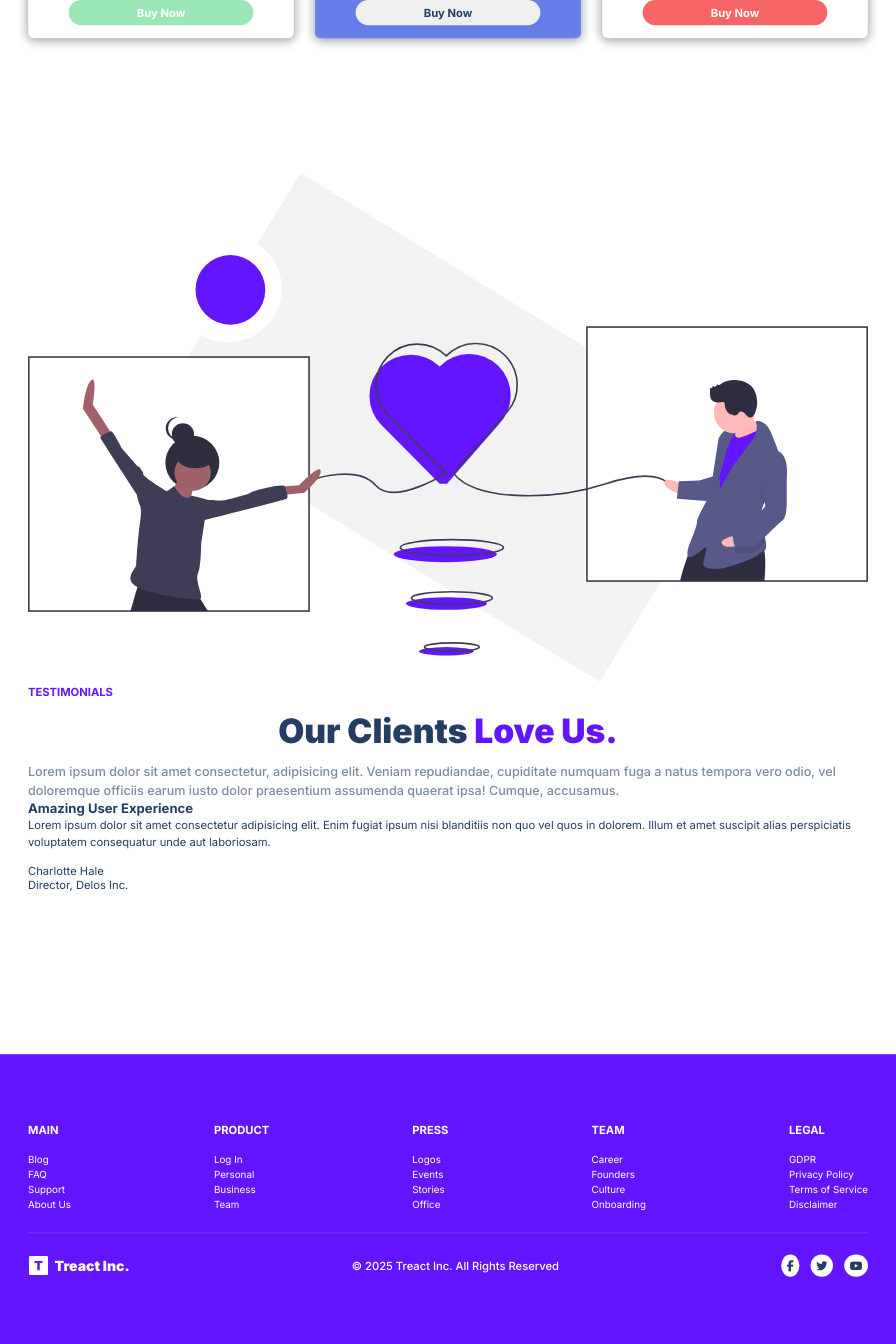
Repository: avivanguyen/m2_fianlProject
Page: index.html
These files come from the project's save history. The page is drawn as it stood at one moment and after the next save; the edit follows.
The browser window is 1280 px wide. The pictures show the part of the page from y = 4430 to 6350 px (the page is 6350 px tall before and 6330 px after), at 70% of full size.
Some web libraries are served in a nearby version.

Above is the page before, as saved 2025-12-11 11:28:32.

After the next save:
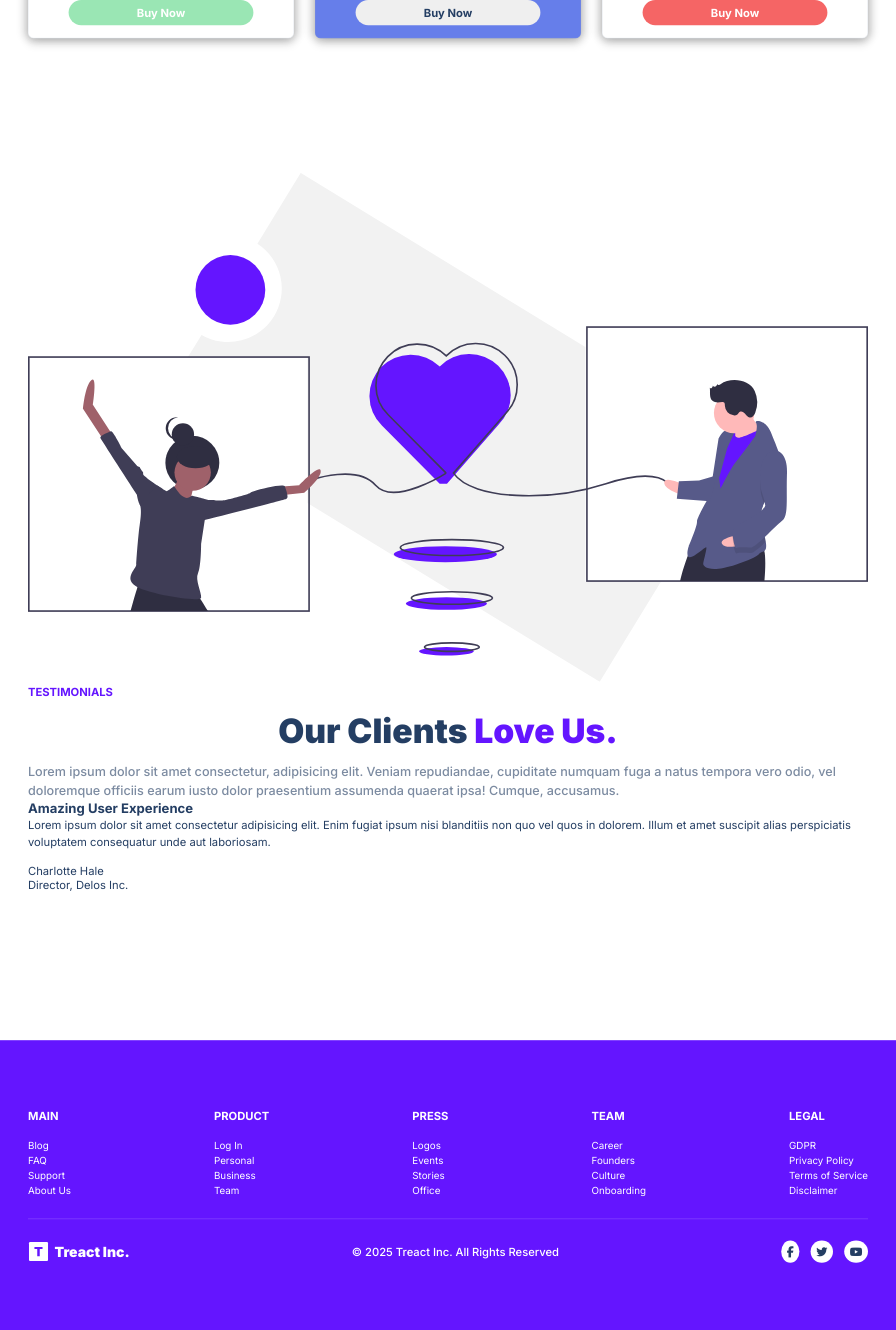
Saved 4 s later.
--- a/index.html
+++ b/index.html
@@ -335,7 +335,7 @@
                                         <div class="testimonial__role">Director, Delos Inc.</div>
                                     </div>
                                 <div class="testimonial__buttons">
-                                    <button class="testimonial__button"></button>
+                                    <button class="testimonial__button"><button>
                                     <div class="divider"></div>
                                     <button class="testimonial__button"></button>
                                 </div>
